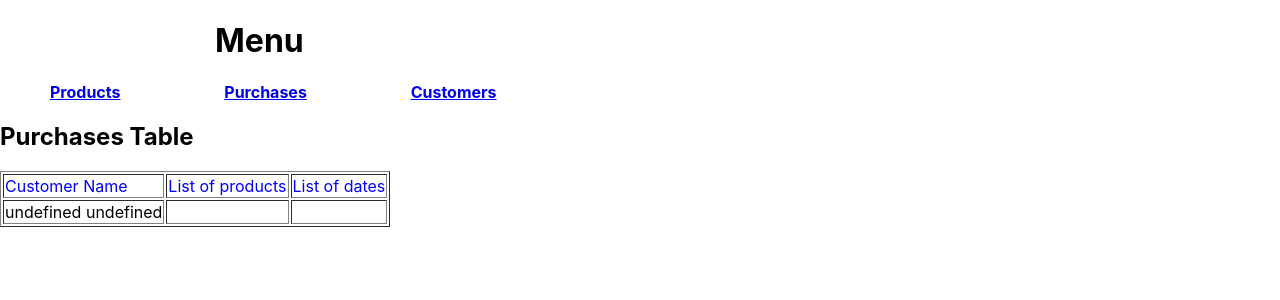
Repository: AlexandraFyodorov/ReactFinalProject
Page: /purchasesTable
An editor plug-in stored every save of this project. The page is shown before and after the next save, followed by the edit.
The browser window is 1280 px wide. The pictures show the whole page.
The page's requests for data from a server got no answer. The project was rebuilt for these pictures with package versions that can differ from the ones it lists, and the page was loaded fresh each time. No one was signed in, and anything a server would have sent is missing. Also part of the build but not shown: src/Customers.js, src/Product.js, src/Products.js, src/Purchases.js, src/BuyProduct.js, src/EditCustomer.js, src/EditProduct.js.

Above is the page before, as saved 2023-01-18 12:30:01.

After the next save:
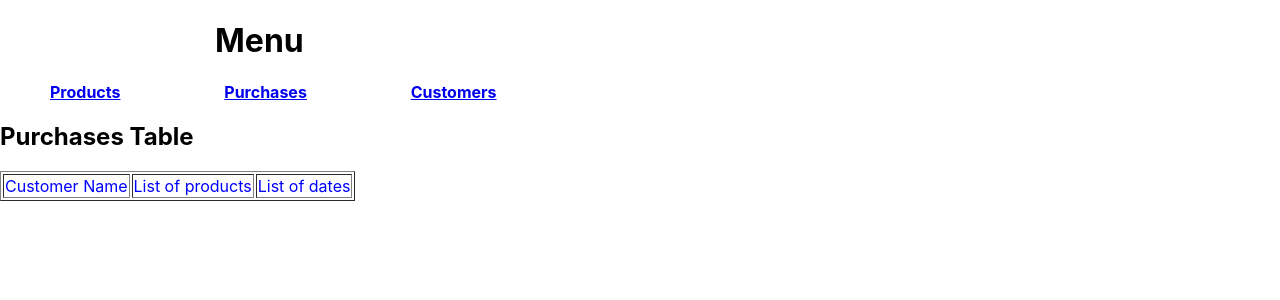
Saved 9 s later.
--- a/src/PurchasesTable.js
+++ b/src/PurchasesTable.js
@@ -12,7 +12,7 @@ function PurchasesTable() {
   const customer = sessionStorage['customerId']; //ID
   const date = sessionStorage['date']; //Date
 
-  let customerToShow = [{}]
+  let customerToShow = []
   let productsToShow = purchases;
   let dateToShow = purchases
 
